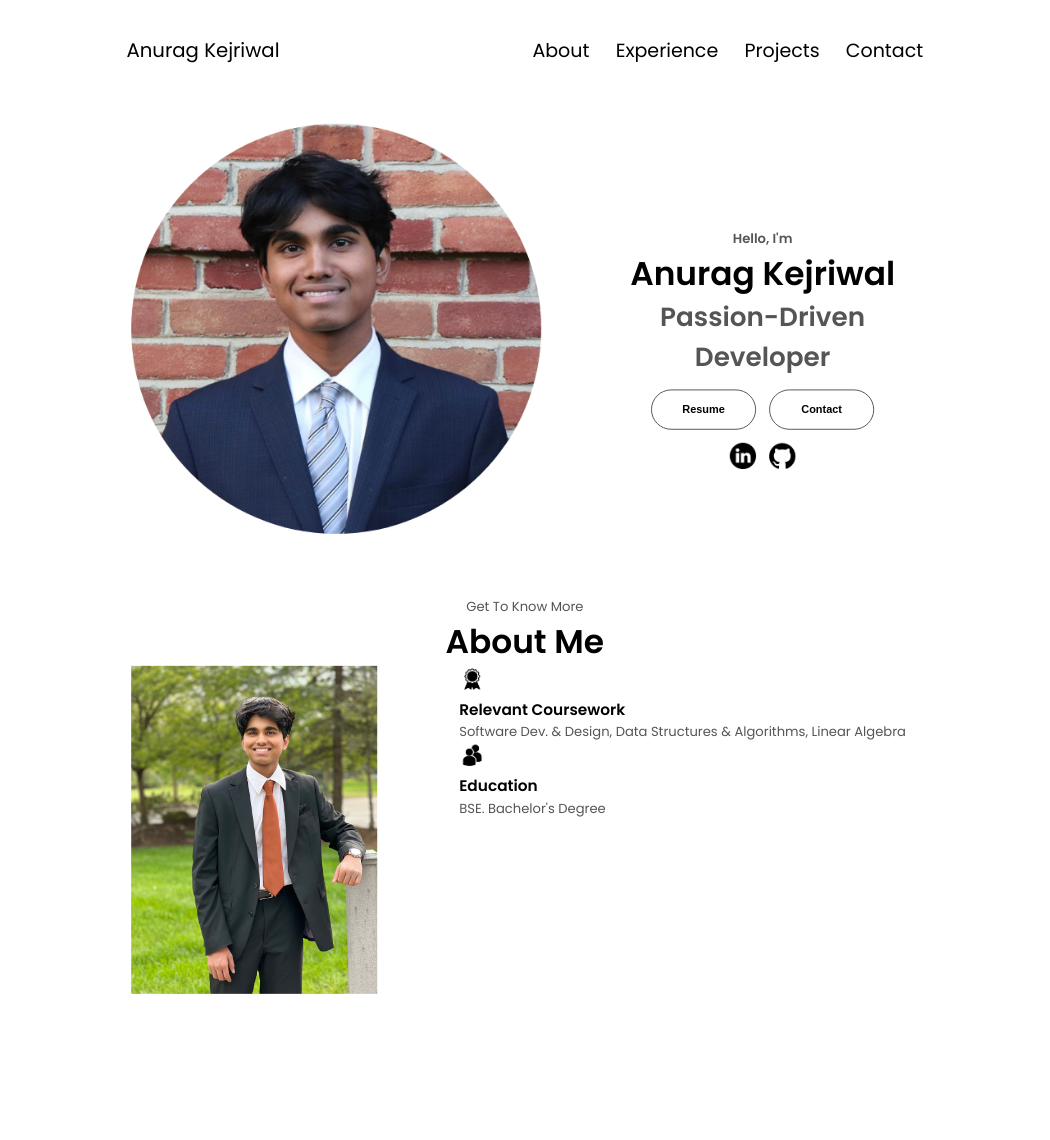
Repository: anuragkej/OldPortfolio
Page: index.html
An editor plug-in stored every save of this project. The page is shown before and after the next save, followed by the edit.
The browser window is 1280 px wide. The pictures show the whole page, at 82% of full size.

Above is the page before, as saved 2024-05-26 04:35:37.

After the next save:
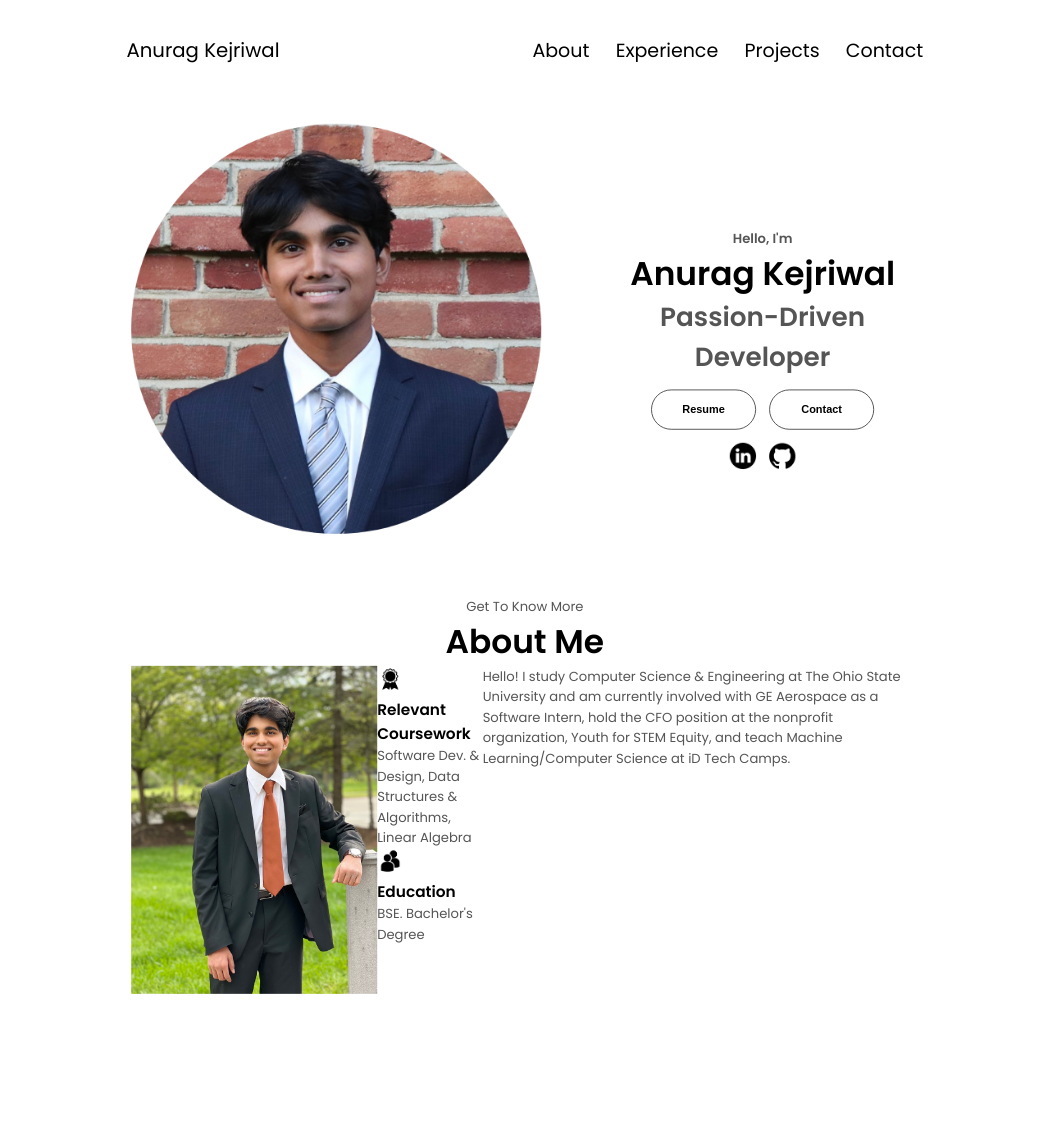
Saved 11 min 59 s later.
--- a/index.html
+++ b/index.html
@@ -77,6 +77,9 @@
                     <p>BSE. Bachelor's Degree</p>
             </div>
         </div>
+        <div class="text-container">
+            <p>Hello! I study Computer Science & Engineering at The Ohio State University and am currently involved with GE Aerospace as a Software Intern, hold the CFO position at the nonprofit organization, Youth for STEM Equity, and teach Machine Learning/Computer Science at iD Tech Camps.</p>
+        </div>
         </div>
     </section>
     <script src="script.js"></script>
